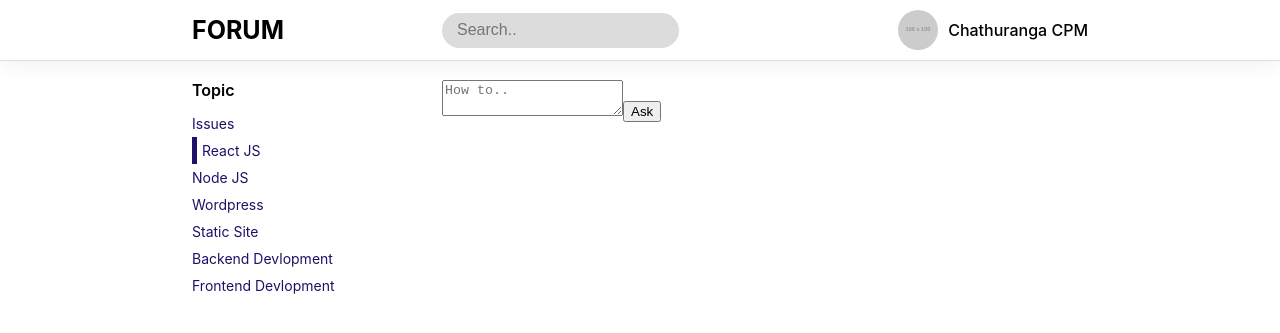
Repository: ChathurangaCPM/developer-forum
Page: / (app in client/)
These files come from the project's save history. The page is drawn as it stood at one moment and after the next save; the edit follows.
The browser window is 1280 px wide. The pictures show the whole page.
The project was rebuilt for these pictures with package versions that can differ from the ones it lists, and the page was loaded fresh each time.

Above is the page before, as saved 2022-05-09 21:15:01.

### client/public/index.html
<!DOCTYPE html>
<html lang="en">
  <head>
    <meta charset="utf-8" />
    <link rel="icon" href="%PUBLIC_URL%/favicon.ico" />
    <meta name="viewport" content="width=device-width, initial-scale=1" />
    <meta name="theme-color" content="#000000" />
    <meta
      name="description"
      content="Web site created using create-react-app"
    />
    <link rel="apple-touch-icon" href="%PUBLIC_URL%/logo192.png" />
    <link rel="manifest" href="%PUBLIC_URL%/manifest.json" />

    <title>React App</title>
  </head>
  <body>
    <noscript>You need to enable JavaScript to run this app.</noscript>
    <div id="root"></div>

  </body>
</html>

### client/src/App.js
import MainHeader from "./components/MainHeader/MainHeader";
import SideBar from "./components/SideBar/SideBar";
import './App.min.css';
import AddQuestion from "./components/AddQuestion/AddQuestion";

function App() {
	return (
		<div className="main_wrapper">
			<MainHeader/>
			<div className="wrap_inner_data">
				<div className="side_bar">
					<SideBar/>
				</div>
				<div className="main_content_area">
					<AddQuestion/>
				</div>
			</div>
		</div>
	);
}

export default App;

### client/src/components/MainHeader/MainHeader.js
import React from 'react';
import { Link } from 'react-router-dom';
import '../../scss/componets/MainHeader/MainHeader.min.css';

function MainHeader() {
	return (
		<div className="main_header">
			<div className="wrap_middle">

				<div className="main_logo">
					<span>FORUM</span>
				</div>


				<div className="search_form">
					<form method="">
						<input type="search" placeholder="Search.."/>
					</form>
				</div>

				<div className="user_pro">
					<img src="//dummyimage.com/100x100/000/fff"/>
					<span>Chathuranga CPM</span>
				</div>
			</div>
		</div>
	);
}

export default MainHeader;

### client/src/components/SideBar/SideBar.js
import '../../scss/componets/SideBar/SideBar.min.css';

function SideBar() {
	return (
		<div className="main_sidebar_wrapper">
			<div className="menu_area">
				<span className="title">Topic</span>
                <ul>
                    <li>Issues</li>
                    <li className="active">React JS</li>
                    <li>Node JS</li>
                    <li>Wordpress</li>
                    <li>Static Site</li>
                    <li>Backend Devlopment</li>
                    <li>Frontend Devlopment</li>
                </ul>
            </div>
		</div>
	);
}

export default SideBar;

### client/src/App.min.css
:root{--primary-color: rgb(30, 17, 103);--secondary-color: #ddd;--border-color: #dcdcdc}.main_wrapper{padding-top:80px}.main_wrapper .wrap_inner_data{display:-webkit-box;display:-ms-flexbox;display:flex;-ms-flex-wrap:wrap;flex-wrap:wrap;max-width:70%;margin:0 auto}.main_wrapper .wrap_inner_data .side_bar{width:250px}.main_wrapper .wrap_inner_data .main_content_area{width:calc(100% - 250px)}img{width:100%}

### client/src/components/AddQuestion/AddQuestion.js

function AddQuestion() {
	return (
		<div className="AddQuestion_wrapper">
			<form >
                <textarea placeholder="How to.."></textarea>
                <button type="submit">Ask</button>
            </form>
		</div>
	);
}

export default AddQuestion;

### client/src/scss/componets/MainHeader/MainHeader.min.css
.main_header{padding:10px 0;border-bottom:1px solid var(--border-color);-webkit-box-shadow:0px 4px 20px 0px rgba(0,0,0,0.06);box-shadow:0px 4px 20px 0px rgba(0,0,0,0.06);position:fixed;top:0;width:100%;z-index:10px;background:#fff}.main_header .wrap_middle{max-width:70%;margin:0 auto;display:-webkit-box;display:-ms-flexbox;display:flex;-webkit-box-align:center;-ms-flex-align:center;align-items:center}.main_header .wrap_middle .main_logo{width:250px}.main_header .wrap_middle .main_logo span{font-size:25px;font-weight:bold;text-transform:uppercase}.main_header .wrap_middle .search_form{width:calc(100% - 500px)}.main_header .wrap_middle .search_form input{border:none;font-size:16px;line-height:16px;height:35px;border-radius:20px;outline:none;background:var(--border-color);padding:0 15px}.main_header .wrap_middle .user_pro{width:250px;display:-webkit-box;display:-ms-flexbox;display:flex;-webkit-box-align:center;-ms-flex-align:center;align-items:center;-webkit-box-pack:end;-ms-flex-pack:end;justify-content:flex-end}.main_header .wrap_middle .user_pro img{width:40px;height:40px;border-radius:100%;overflow:hidden}.main_header .wrap_middle .user_pro span{padding-left:10px;font-weight:500}

### client/src/scss/componets/SideBar/SideBar.min.css
.main_sidebar_wrapper .menu_area span.title{font-weight:600;display:block;margin-bottom:10px}.main_sidebar_wrapper .menu_area ul{padding:0;list-style:none;margin:0}.main_sidebar_wrapper .menu_area ul li{color:var(--primary-color);padding:5px 0;font-size:14px;-webkit-transition:all 0.3s ease-in-out;transition:all 0.3s ease-in-out;border-left-width:0}.main_sidebar_wrapper .menu_area ul li:hover,.main_sidebar_wrapper .menu_area ul li.active{border-left:5px solid var(--primary-color);padding-left:5px;-webkit-transition:all 0.3s ease-in-out;transition:all 0.3s ease-in-out;cursor:pointer}

Loaded but not shown: client/src/index.js (common file); client/src/index.css (common file); client/src/reportWebVitals.js (common file)

After the next save:
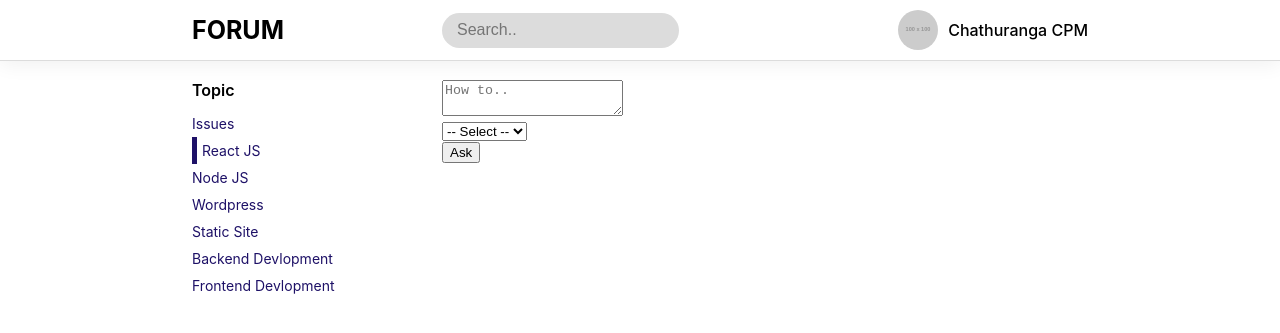
Saved 90 s later.
--- a/client/src/components/AddQuestion/AddQuestion.js
+++ b/client/src/components/AddQuestion/AddQuestion.js
@@ -4,6 +4,13 @@ function AddQuestion() {
 		<div className="AddQuestion_wrapper">
 			<form >
                 <textarea placeholder="How to.."></textarea>
+                <div className="selrct_cat">
+                    <select>
+                        <option>-- Select --</option>
+                        <option value="reactjs">React Js</option>
+                        <option value="reactjs">Node Js</option>
+                    </select>
+                </div>
                 <button type="submit">Ask</button>
             </form>
 		</div>
